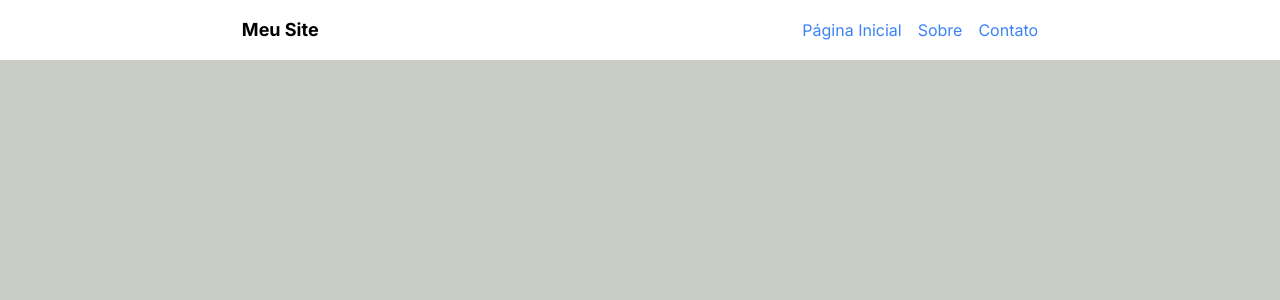
Repository: Deyvid-Kasteh/kasteh_portfolio
Page: /
These files come from the project's save history. The page is drawn as it stood at one moment and after a run of saves; the edit follows.
The browser window is 1280 px wide. The pictures show the whole page.
The project was rebuilt for these pictures with package versions that can differ from the ones it lists, and the page was loaded fresh each time. The framework's server and built-in components were replaced by stand-ins that run in the browser. Also part of the build but not shown: next.config.mjs.

Above is the page before, as saved 2024-03-24 02:01:21.

After the next 2 saves:
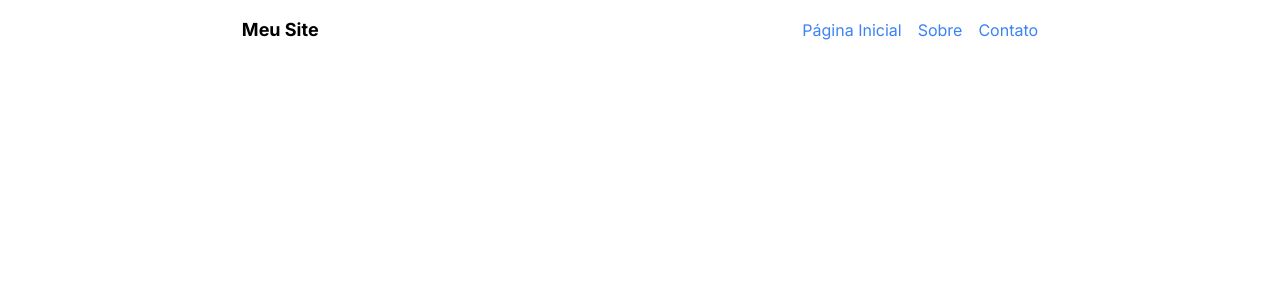
The 2 saves are shown as one change because they came seconds apart.
The last was saved 2 min 17 s later.
--- a/tailwind.config.ts
+++ b/tailwind.config.ts
@@ -14,7 +14,7 @@ const config: Config = {
           "conic-gradient(from 180deg at 50% 50%, var(--tw-gradient-stops))",
       },
       colors: {
-        customGray: "#CACCC6", // Definindo a cor personalizada
+        customGrayBG: "#CACCC6", // Definindo a cor personalizada
       },
     },
   },
